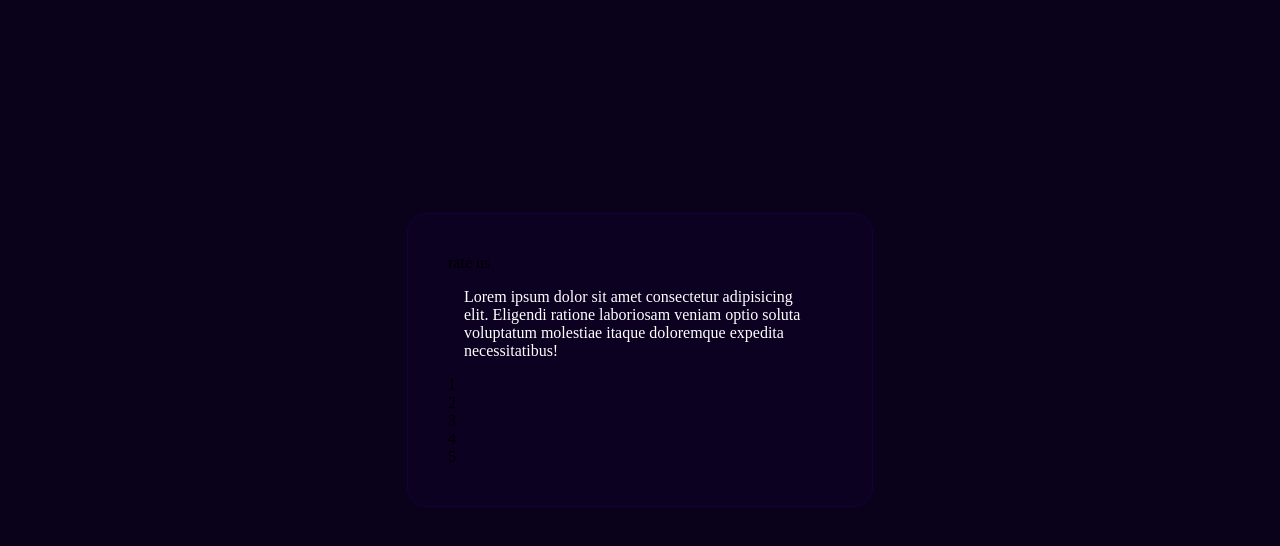
Repository: russel-success/xcodepp-TASK-2
Page: index.html
An editor plug-in stored every save of this project. The page is shown before and after the next save, followed by the edit.
The browser window is 1280 px wide. The pictures show the whole page.

Above is the page before, as saved 2024-05-24 22:48:43.

After the next save:
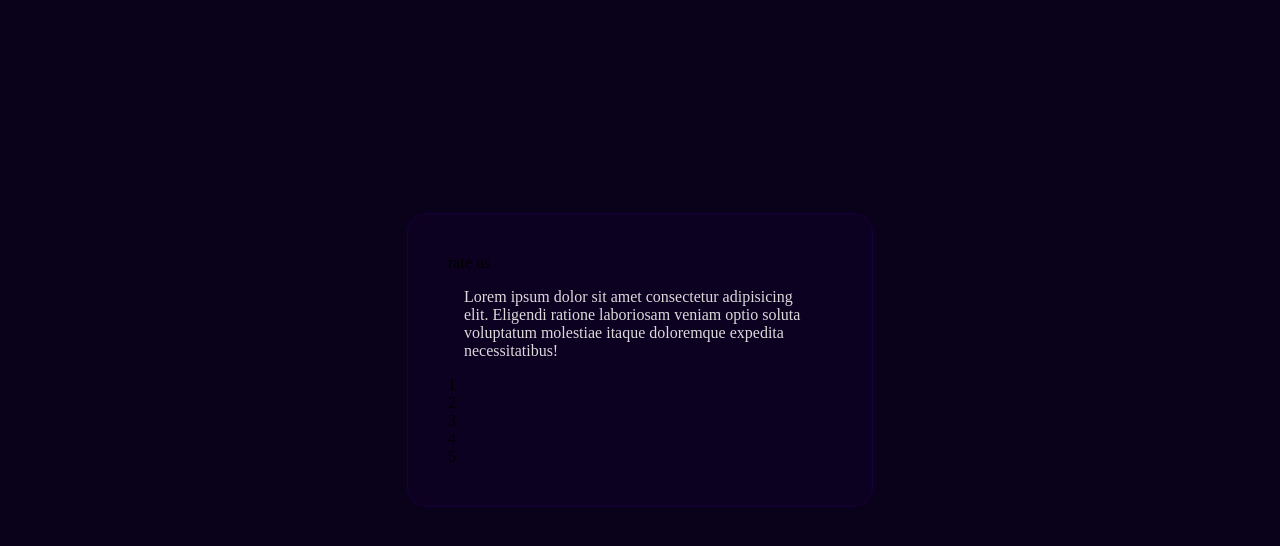
Saved 10 s later.
--- a/styles/styles.css
+++ b/styles/styles.css
@@ -27,5 +27,5 @@
     padding:16px;
 }
 .body-text{
-    color:white
+    color:rgb(218, 218, 218)
 }
